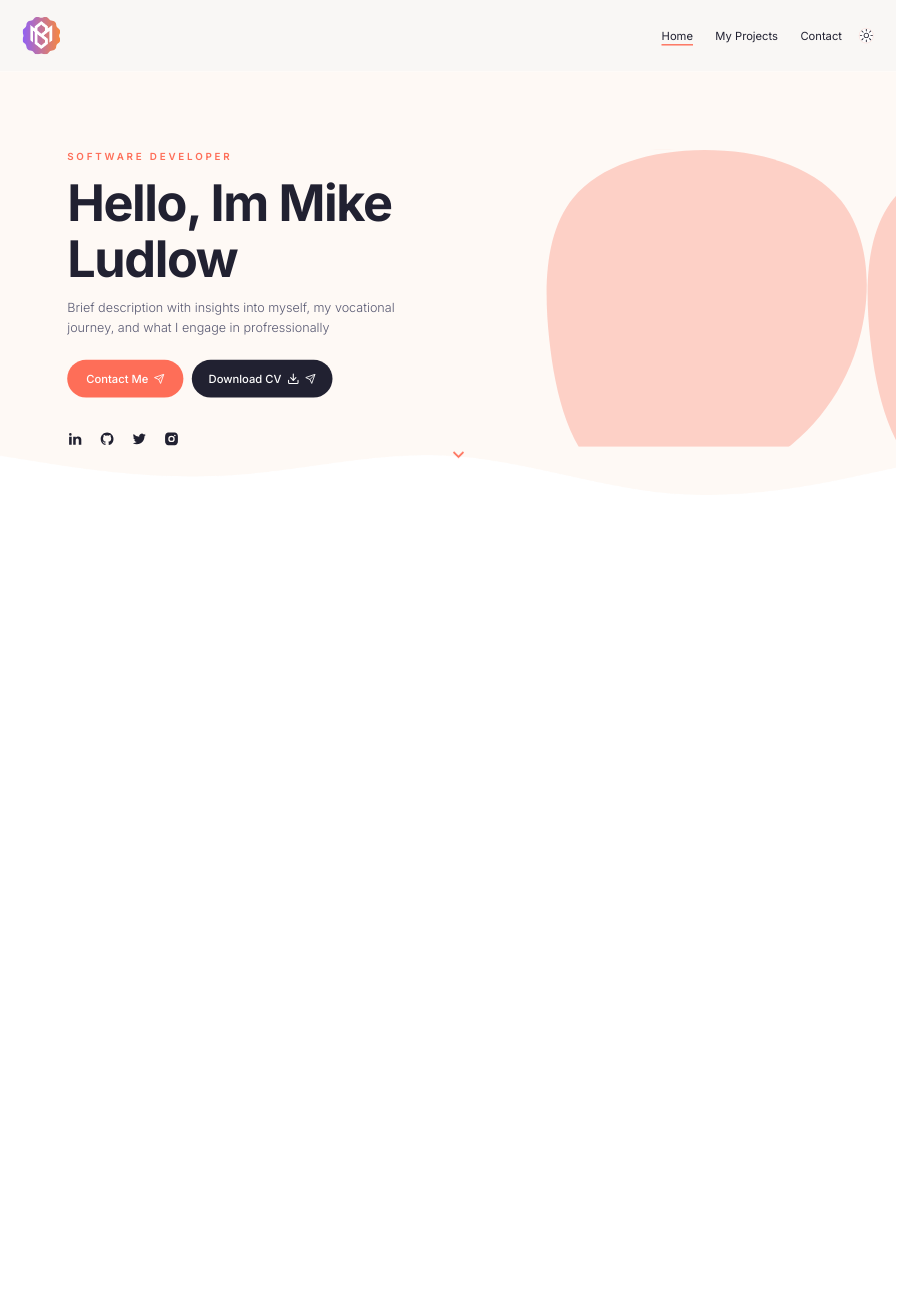
Repository: MikeeBuilds/mike-port
Page: /
The author's editor kept a copy of each file at every save. The page is drawn from the files as they stood at one save, then again after a run of saves.
The browser window is 1280 px wide. The page is 1280 px wide, then 1288 px, so the pictures cover 1288 px, including what lies to the right of the window. The pictures show the part of the page from y = 0 to 1880 px (the page is 4731 px tall), at 70% of full size.
The project was rebuilt for these pictures with package versions that can differ from the ones it lists, and the page was loaded fresh each time. The framework's server and built-in components were replaced by stand-ins that run in the browser. Also part of the build but not shown: next.config.js, components/DevImg.jsx, components/Badge.jsx.

Above is the page before, as saved 2023-11-30 11:05:44.

### app/layout.jsx
import { Inter } from 'next/font/google'
import './globals.css'
import Header from '@/components/Header'
import Footer from '@/components/Footer'
import { ThemeProvider } from '@/components/ThemeProvider'

const inter = Inter({ subsets: ['latin'] })

export const metadata = {
  title: 'Mike Ludlow | Dev',
  description: 'Generated by create next app',
}

export default function RootLayout({ children }) {
  return (
    <html lang="en" suppressHydrationWarning>
      <body className={inter.className}
      >
        <ThemeProvider attribute="class" defaultTheme="light">
          <Header />
            {children}
          <Footer />
        </ThemeProvider>
      </body>
    </html>
  )
}

### app/template.js
"use client";

import { motion } from "framer-motion";
// hooks
import useScrollProgress from "@/hooks/useScrollProgress";

//variants
const variants = {
  hidden: { opacity: 0 },
  enter: { opacity: 1 },
};

const Template = ({ children }) => {
  const completion = useScrollProgress();
  return (
    <>
      <motion.main
        variants={variants}
        initial="hidden"
        animate="enter"
        transition={{ type: "linear", delay: 0.2, duration: 0.4 }}
      >
        {children}
      </motion.main>
      {/* completion bar */}
      <span
        style={{ transform: `translateY(${completion - 100}%)` }}
        className="fixed z-50 bg-primary w-1 top-0 right-0
      bottom-0 transition-all duration-700"
      ></span>
      <div className="h-[4000px]"></div>
    </>
  );
};

export default Template;

### app/page.jsx
import Hero from '@/components/Hero'
import { main } from 'json'
import Image from 'next/image'

export default function Home() {
  return (
    <main>
      <Hero/>
    </main>
  )
}

### app/globals.css
@tailwind base;
@tailwind components;
@tailwind utilities;

@layer base {
  @layer base {
    :root {
      --background: 0 0% 100%;
      --foreground: 240 19% 16%;
      --card: 0 0% 100%;
      --card-foreground: 240 19% 16%;
      --popover: 0 0% 100%;
      --popover-foreground: 20 14.3% 4.1%;
      --primary: 8 99% 67%;
      --primary-foreground: 300 0% 100%;
      --secondary: 240 19% 16%;
      --secondary-foreground: 300 0% 100%;
      --tertiary: 27 82% 98%;
      --muted: 60 4.8% 95.9%;
      --muted-foreground: 237 13% 40%;
      --accent: 237 9% 96%;
      --accent-foreground: 24 9.8% 10%;
      --destructive: 0 84.2% 60.2%;
      --destructive-foreground: 60 9.1% 97.8%;
      --border: 8 82% 92%;
      --input: 8 82% 92%;
      --ring: 9 99% 67%;
      --radius: 1rem;
    }

    .dark {
      --background: 237 22% 20%;
      --foreground: 60 9.1% 97.8%;
      --card: 240 19% 16%;
      --card-foreground: 300 0% 100%;
      --popover: 20 14.3% 4.1%;
      --popover-foreground: 60 9.1% 97.8%;
      --primary: 8 99% 67%;
      --primary-foreground: 300 0% 100%;
      --secondary: 240 19% 16%;
      --secondary-foreground:300 0% 100%;
      --tertiary: 237 22% 20%;
      --muted: 12 6.5% 15.1%;
      --muted-foreground: 237 13% 63%;
      --accent: 240 19% 16%;
      --accent-foreground: 300 0% 100%;
      --destructive: 0 72.2% 50.6%;
      --destructive-foreground: 60 9.1% 97.8%;
      --border: 237 22% 23%;
      --input: 237 22% 23%;
      --ring: 8 99% 67%;
    }
  }
}

@layer base {
  * {
    @apply border-border;
  }
  body {
    @apply bg-background text-foreground;
  }
}

.h1 {
  @apply text-6xl xl:text-[72px] xl:leading-[80px] tracking-[-2px] font-bold;
}

.subtitle {
  @apply text-muted-foreground text-lg mb-8 font-light;
}

### components/Header.jsx
"use client";
import React, { useState, useEffect } from "react";

// components
import Logo from "./Logo";
import ThemeToggler from "./ThemeToggler";
import Nav from "./Nav";
import MobileNav from "./MobileNav";
import { usePathname } from "next/navigation";

const Header = () => {
  const [header, setHeader] = useState(false);
  const pathname = usePathname();

  useEffect(() => {
    const scrollYpos = window.addEventListener("scroll", () => {
      window.scrollY > 50 ? setHeader(true) : setHeader(false);
    });

    // remove event
    return () => window.removeEventListener("scroll", scrollYpos);
  });

  return (
    <header
      className={`${
        header
          ? "py-4 bg-white shadow-lg dark:bg-accent"
          : "py-6 dark:bg-transparent"
      } sticky top-0 z-30 transition-all ${pathname === '/' && 'bg-[#f9f7f5]'}`}
    >
      <div className="container mx-auto">
        <div className="flex justify-between items-center">
          <Logo />
          <div className="flex items-center gap-x-6">
            {/* nav */}
            <Nav
              containerStyles="hidden xl:flex gap-x-8 items-center"
              linkStyles="relative hover:text-primary transition-all"
              underlineStyles="absolute left-0 top-full h-[2px] bg-primary w-full"
            />
            <ThemeToggler />
            {/* mobile nav */}
            <div className="lg:hidden">
              <MobileNav />
            </div>
          </div>
        </div>
      </div>
    </header>
  );
};

export default Header;

### components/Footer.jsx

const Footer = () => {
  return (
    <footer>Footer</footer>
  )
}

export default Footer

### components/ThemeProvider.jsx
"use client"


import {
    ThemeProvider as NextThemesProvider
} from "next-themes";



export function ThemeProvider({ children, ...props}) {
    return <NextThemesProvider {...props}>{children}</NextThemesProvider>
}

### hooks/useScrollProgress.js
import React, { useState, useEffect} from 'react'

const useScrollProgress = () => {
    const [completion, setCompletion] = useState(0);

    useEffect(() => {
        const updateScrollCompletion = () => {
            const currentProgress = window.scrollY;
            const scrollHeight = document.body.scrollHeight - window.innerHeight;

            if (scrollHeight) {
                setCompletion(Number(currentProgress / scrollHeight).toFixed(2) * 100);
            }
        };
            // event
        window.addEventListener('scroll', updateScrollCompletion);
            //clear event
            return () => window.removeEventListener('scroll', updateScrollCompletion);
    }, []);


    return completion;
};

export default useScrollProgress

### components/Hero.jsx
import Link from "next/link";
import { Download, Send } from "lucide-react";
import { Button } from "./ui/button";

import {
  RiBriefcase4Fill,
  RiTeamFill,
  RiTodoFill,
  RiArrowDownSLine,
} from "react-icons/ri";

//components
import DevImg from "./DevImg";
import Badge from "./Badge";
import Socials from "./Socials";

const Hero = () => {
  return (
    <section className="py-12 xl:py-24 h-[84vh] xl:pt-28 bg-hero bg-no-repeat bg-bottom bg-cover dark:bg-none">
      <div className="flex justify-between gap-x-8">
        {/* text */}
        <div className="flex max-w-[600px] flex-col justify-center mx-auto xl:mx-24 text-center xl:text-left">
          <div className="text-sm uppercase font-semibold mb-4 text-primary tracking-[4px]">
            Software Developer
          </div>
          <h1 className="h1 mb-4">Hello, Im Mike Ludlow</h1>
          <p className="subtitle max-w-[490px] mx-auto xl:mx-0">
            Brief description with insights into myself, my vocational journey,
            and what I engage in profressionally
          </p>
          {/* buttons */}
          <div
            className="flex flex-col gap-y-3 md:flex-row gap-x-3 mx-auto
          xl:mx-0 mb-12"
          >
            <Link href="/contact">
              <Button className="gap-x-2">
                Contact Me <Send size={15} />
              </Button>
            </Link>
            <Button variant="secondary" className="gap-x-2">
              Download CV <Download size={18} /> <Send size={15} />
            </Button>
          </div>
          {/* socials */}
          <Socials
            containerStyles="flex gap-x-6 mx-auto xl:mx-0"
            iconStyles="text-foreground text-[22px] hover:text-primary transition-all"
          />
        </div>
        {/* image */}
        <div className="hidden xl:flex relative">
          <div className="bg-hero_shape2_light dark:bg-hero_shape2_dark w-[500px]">

          </div>
        </div>
        {/* icon */}
        <div className="hidden md:flex absolute left-2/4 bottom-44 xl:bottom-12 animate-bounce">
          <RiArrowDownSLine className="text-3xl text-primary" />
        </div>
      </div>
    </section>
  );
};

export default Hero;

### components/Logo.jsx
import Link from "next/link";
import Image from "next/image";


const Logo = () => {
  return (
    <Link href="/">
        <Image src='/logo.svg' width={54} height={54} priority alt="logo"/>
    </Link>
  )
}

export default Logo

### components/ThemeToggler.jsx
"use client";

import { Button } from "./ui/button";
import { MoonIcon, SunIcon } from "@radix-ui/react-icons";
import { useTheme } from "next-themes";

const ThemeToggler = () => {
  const { theme, setTheme } = useTheme();
  return (
    <Button variant='outline' size="outline" onClick={() => setTheme(theme === 'dark' ? 'light' : 'dark')}>
      <SunIcon
        className="h-[1.2rem] w-[1.2rem] rotate-0 scale-100 transition-all
      dark:rotate-90 dark:scale-0"
      />
      <MoonIcon
        className="absolute h-[1.2rem] w-[1.2rem] rotate-90 scale-0 transition-all
       dark:rotate-0 dark:scale-100"
      />
    </Button>
  );
};

export default ThemeToggler;

### components/Nav.jsx
import Link from "next/link";

//next hooks
import { usePathname } from "next/navigation";

//framer motion
import { motion } from "framer-motion";

const links = [
  { path: "/", name: "home" },
  { path: "/projects", name: "my projects" },
  { path: "/contact", name: "contact" },
];

const Nav = ({ containerStyles, linkStyles, underlineStyles }) => {
  const path = usePathname();
  return (
    <nav className={`${containerStyles}`}>
      {links.map((link, index) => {
        return (
          <Link
            href={link.path}
            key={index}
            className={`capitalize ${linkStyles}`}
          >
            {link.path === path && (
              <motion.span
                initial={{ y: "-100%" }}
                animate={{ y: 0 }}
                transition={{ type: "tween" }}
                layoutId="underline"
                className={`${underlineStyles}`}
              />
            )}
            {link.name}
          </Link>
        );
      })}
    </nav>
  );
};

export default Nav;

### components/MobileNav.jsx

const MobileNav = () => {
  return (
    <div>MobileNav</div>
  )
}

export default MobileNav

### components/ui/button.jsx
import * as React from "react"
import { Slot } from "@radix-ui/react-slot"
import { cva } from "class-variance-authority";

import { cn } from "@/lib/utils"

const buttonVariants = cva(
  "inline-flex items-center justify-center whitespace-nowrap rounded-full text-base font-medium ring-offset-background transition-colors focus-visible:outline-none focus-visible:ring-2 focus-visible:ring-ring focus-visible:ring-offset-2 disabled:pointer-events-none disabled:opacity-50",
  {
    variants: {
      variant: {
        default: "bg-primary text-primary-foreground hover:bg-primary/90",
        destructive:
          "bg-destructive text-destructive-foreground hover:bg-destructive/90",
        outline:
          "border border-input bg-background hover:bg-accent hover:text-accent-foreground",
        secondary:
          "bg-secondary text-secondary-foreground hover:bg-secondary/80",
        ghost: "hover:bg-accent hover:text-accent-foreground",
        link: "text-primary underline-offset-4 hover:underline",
      },
      size: {
        default: "h-[54px] px-6 py-2 min-w-[166px]",
        sm: "h-9 rounded-md px-3",
        lg: "h-11 rounded-md px-8",
        icon: "h-10 w-10",
      },
    },
    defaultVariants: {
      variant: "default",
      size: "default",
    },
  }
)

const Button = React.forwardRef(({ className, variant, size, asChild = false, ...props }, ref) => {
  const Comp = asChild ? Slot : "button"
  return (
    (<Comp
      className={cn(buttonVariants({ variant, size, className }))}
      ref={ref}
      {...props} />)
  );
})
Button.displayName = "Button"

export { Button, buttonVariants }

### components/Socials.jsx
'use client'

import {
  RiLinkedinFill,
  RiGithubFill,
  RiTwitterFill,
  RiInstagramFill
} from 'react-icons/ri';

import Link from 'next/link';

const icons = [
  {
    path: '/',
    name: <RiLinkedinFill />,
  },
  {
    path: '/',
    name: <RiGithubFill />,
  },{
    path: '/',
    name: <RiTwitterFill />,
  },{
    path: '/',
    name: <RiInstagramFill />,
  },
]


import React from "react";

const Socials = ({ containerStyles, iconStyles}) => {
  return <div className={`${containerStyles}`}>
    {icons.map((icon, index) => {
      return <Link href={icon.path} key={index}>
        <div className={`${iconStyles}`}>
          {icon.name}
        </div>
      </Link>
    })}
  </div>;
};

export default Socials;

### tailwind.config.js
/** @type {import('tailwindcss').Config} */
module.exports = {
  darkMode: ["class"],
  content: [
    './pages/**/*.{js,jsx}',
    './components/**/*.{js,jsx}',
    './app/**/*.{js,jsx}',
    './src/**/*.{js,jsx}',
	],
  theme: {
    container: {
      center: true,
      padding: "2rem",
      screens: {
        "2xl": "1400px",
      },
    },
    extend: {
      colors: {
        border: "hsl(var(--border))",
        input: "hsl(var(--input))",
        ring: "hsl(var(--ring))",
        background: "hsl(var(--background))",
        foreground: "hsl(var(--foreground))",
        primary: {
          DEFAULT: "hsl(var(--primary))",
          foreground: "hsl(var(--primary-foreground))",
        },
        secondary: {
          DEFAULT: "hsl(var(--secondary))",
          foreground: "hsl(var(--secondary-foreground))",
        },
        tertiary: {
          DEFAULT: "hsl(var(--tertiary))",
        },
        destructive: {
          DEFAULT: "hsl(var(--destructive))",
          foreground: "hsl(var(--destructive-foreground))",
        },
        muted: {
          DEFAULT: "hsl(var(--muted))",
          foreground: "hsl(var(--muted-foreground))",
        },
        accent: {
          DEFAULT: "hsl(var(--accent))",
          foreground: "hsl(var(--accent-foreground))",
        },
        popover: {
          DEFAULT: "hsl(var(--popover))",
          foreground: "hsl(var(--popover-foreground))",
        },
        card: {
          DEFAULT: "hsl(var(--card))",
          foreground: "hsl(var(--card-foreground))",
        },
      },
      borderRadius: {
        lg: "var(--radius)",
        md: "calc(var(--radius) - 2px)",
        sm: "calc(var(--radius) - 4px)",
      },
      keyframes: {
        "accordion-down": {
          from: { height: 0 },
          to: { height: "var(--radix-accordion-content-height)" },
        },
        "accordion-up": {
          from: { height: "var(--radix-accordion-content-height)" },
          to: { height: 0 },
        },
      },
      animation: {
        "accordion-down": "accordion-down 0.2s ease-out",
        "accordion-up": "accordion-up 0.2s ease-out",
      },
      backgroundImage: {
        hero: 'url(/hero-bg.png)',
        hero_shape: 'url(/hero/shape-1.svg)',
        hero_shape2_light: 'url(/hero/shape-2-light.svg)',
        hero_shape2_dark: 'url(/hero/shape-2-dark.svg)',

      }
    },
  },
  plugins: [require("tailwindcss-animate")],
}

Loaded but not shown: lib/utils.js (common file)

After the next 12 saves:
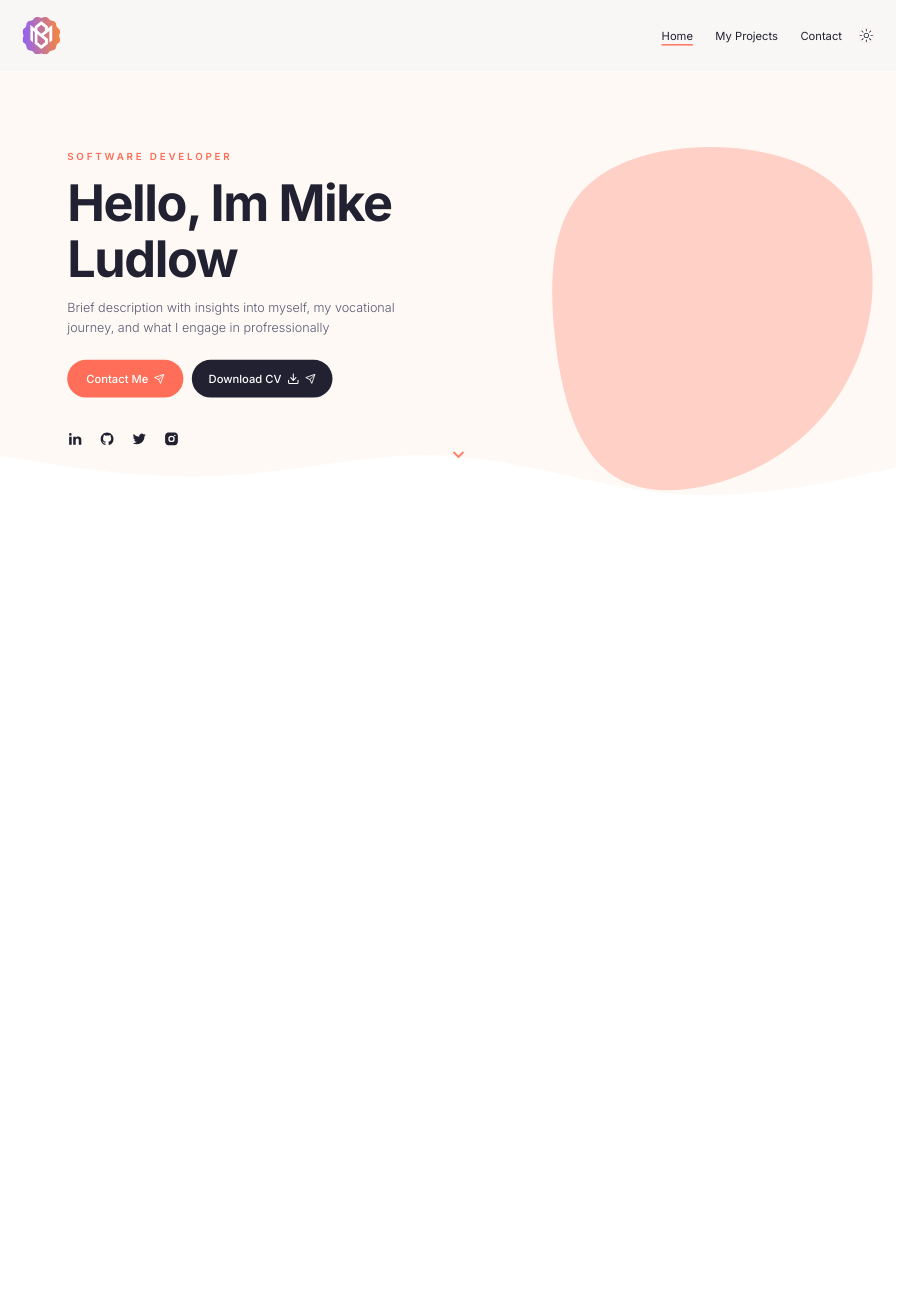
The 12 saves are shown as one change because they came seconds apart.
The last was saved 35 s later.
--- a/components/Hero.jsx
+++ b/components/Hero.jsx
@@ -50,7 +50,7 @@ const Hero = () => {
         </div>
         {/* image */}
         <div className="hidden xl:flex relative">
-          <div className="bg-hero_shape2_light dark:bg-hero_shape2_dark w-[500px]">
+          <div className="bg-hero_shape2_light dark:bg-hero_shape2_dark w-[500px] h-[500px] bg-no-repeat absolute -top-1 -right-2">
 
           </div>
         </div>
